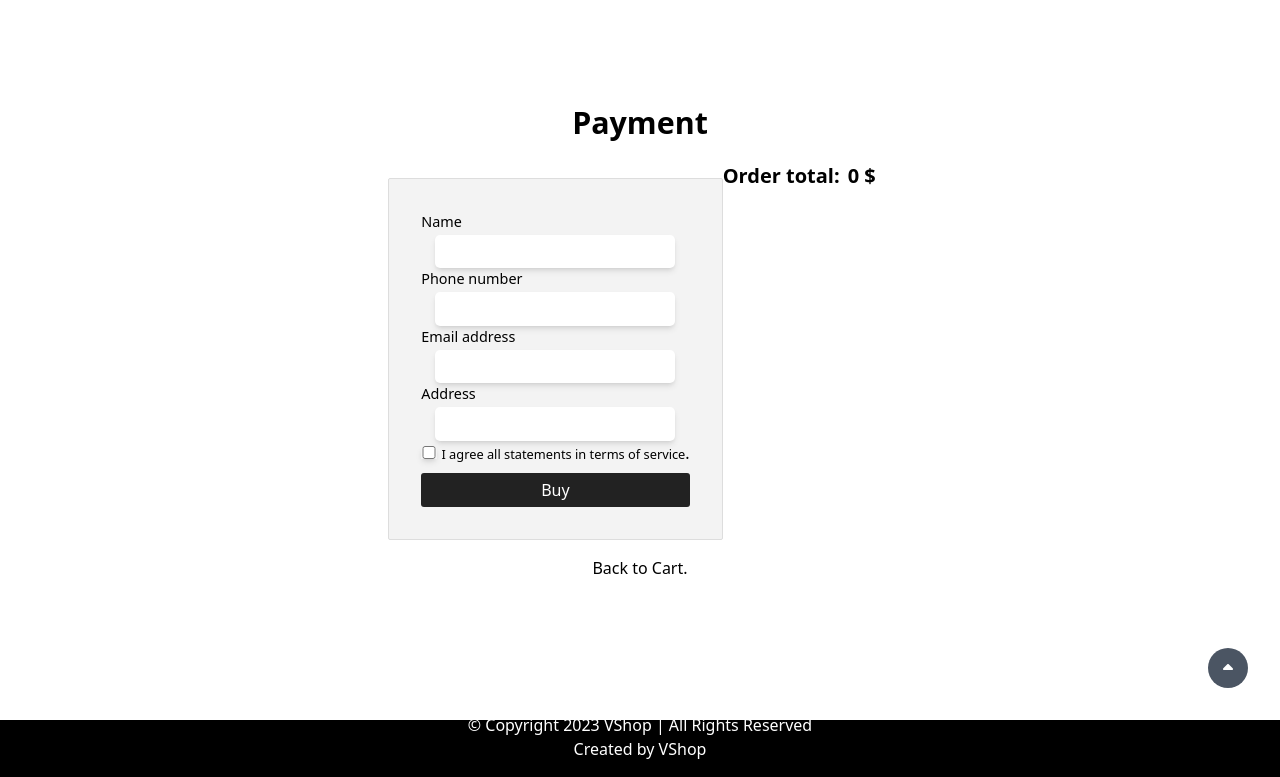
Repository: Kith933UTH/VSHOP
Page: /payment
The author's editor kept a copy of each file at every save. The page is drawn from the files as they stood at one save, then again after the next save.
The browser window is 1280 px wide. The pictures show the whole page.
Pictures or frames that could not be fetched are drawn as grey boxes. The project was rebuilt for these pictures with package versions that can differ from the ones it lists, and the page was loaded fresh each time. Also part of the build but not shown: src/components/product-item/ProductItem.js, src/components/loader/Loader.js, src/constants/constants.js, src/components/product-filters/Category.js, src/components/product-filters/Price.js, src/components/product-filters/Rating.js, src/components/product-filters/ProductFilters.js, src/components/cart-shopping/CartEmpty.js and 20 more.

Above is the page before, as saved 2023-08-04 21:58:03.

After the next save:
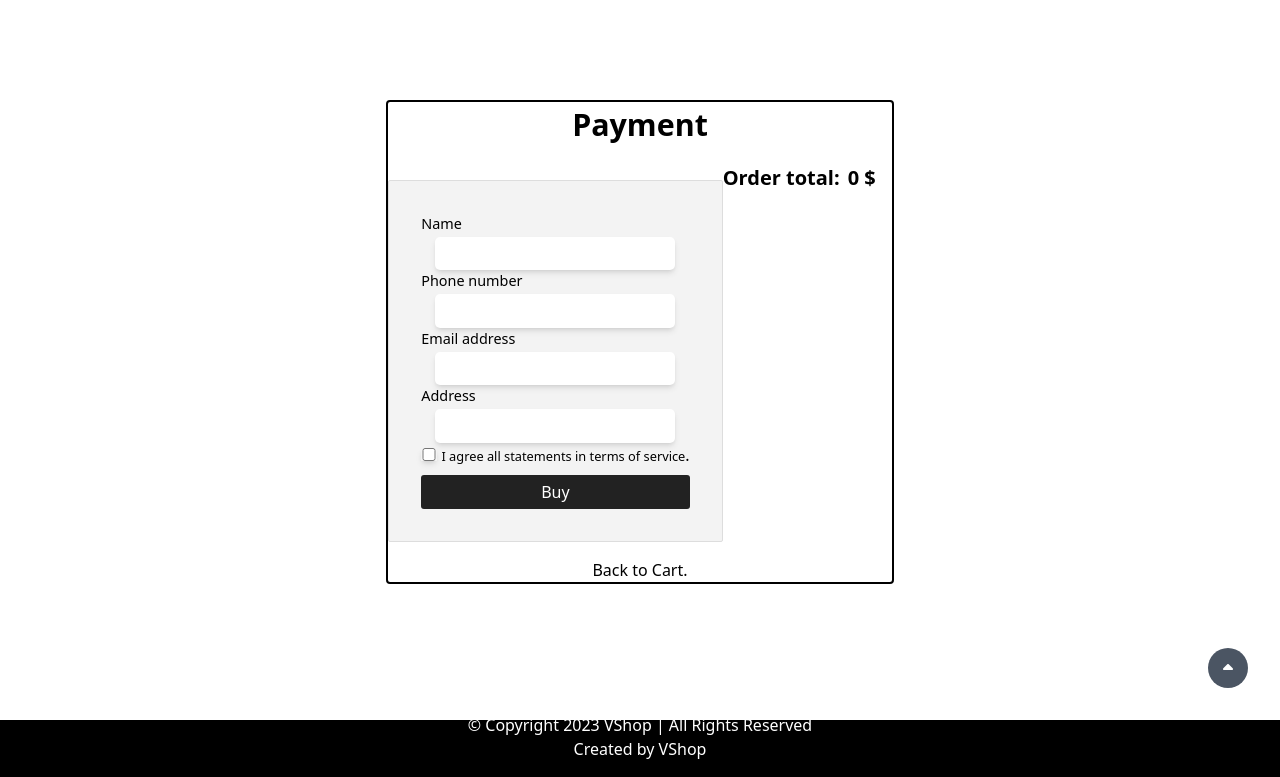
Saved 13 s later.
--- a/src/components/payment/Payment.js
+++ b/src/components/payment/Payment.js
@@ -11,7 +11,7 @@ export function Payment({login}) {
     }
     return (
         <div className="register-page text-center m-5-auto flex justify-center">
-            <div className="border-12 rounded border-black w-max h-fit">
+            <div className="border-2 rounded border-black w-max h-fit">
             <h2>Payment</h2>
             <div className="flex flex-row justify-center">
                 <form action="/success">
